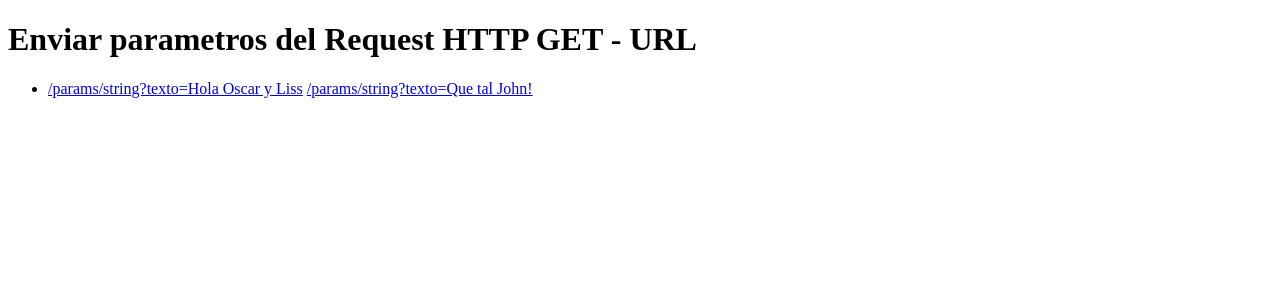
Repository: cokkike88/SpringFramework5
Page: http://localhost/params/index
The author's editor kept a copy of each file at every save. The page is drawn from the files as they stood at one save, then again after the next save.
The browser window is 1280 px wide. The pictures show the whole page.
The page is this project's Thymeleaf template; nobody is signed in. The template is opened directly, without the code that normally fills it, so the values that code supplies are empty.

Above is the page before, as saved 2020-03-06 04:56:07.

### spring-boot-web/src/main/resources/templates/params/index.html
<!DOCTYPE html>
<html xmlns:th="http://www.thymeleaf.org">
<head>
<meta charset="UTF-8">
<title>Enviar parametros del Request HTTP GET - URL</title>
</head>
<body>
	<h1>Enviar parametros del Request HTTP GET - URL</h1>
	<ul>
		<li>
			<a th:href="@{/params/string(texto='Hola Oscar y Liss')}">/params/string?texto=Hola Oscar y Liss</a>
			<a th:href="@{/params/string(texto='Que tal John!!')}">/params/string?texto=Que tal John!</a>
		</li>
	</ul>
</body>
</html>

After the next save:
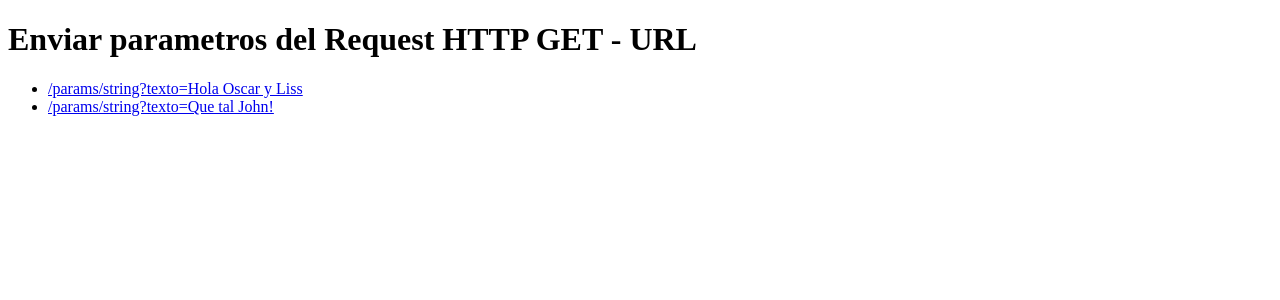
Saved 44 s later.
--- a/spring-boot-web/src/main/resources/templates/params/index.html
+++ b/spring-boot-web/src/main/resources/templates/params/index.html
@@ -9,6 +9,8 @@
 	<ul>
 		<li>
 			<a th:href="@{/params/string(texto='Hola Oscar y Liss')}">/params/string?texto=Hola Oscar y Liss</a>
+		</li>
+		<li>
 			<a th:href="@{/params/string(texto='Que tal John!!')}">/params/string?texto=Que tal John!</a>
 		</li>
 	</ul>
